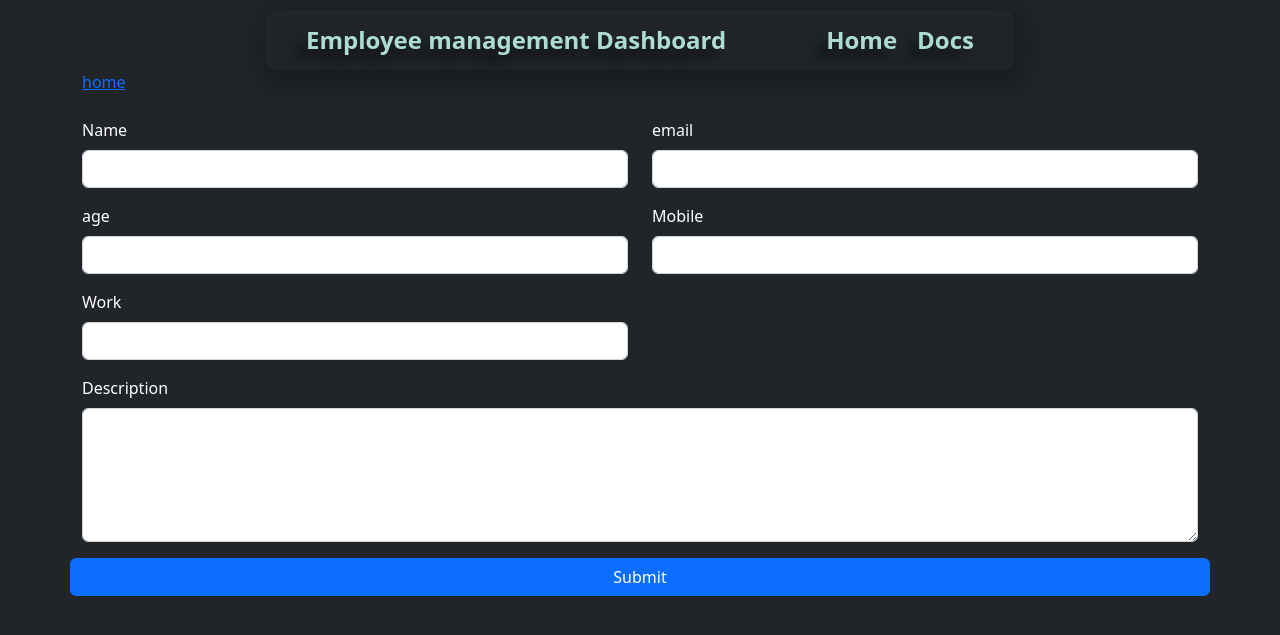
Repository: iamevs/Employee-Management-System
Page: /register (app in client/)
An editor plug-in stored every save of this project. The page is shown before and after the next save, followed by the edit.
The browser window is 1280 px wide. The pictures show the whole page.
The project was rebuilt for these pictures with package versions that can differ from the ones it lists, and the page was loaded fresh each time. Also part of the build but not shown: client/vite.config.js, client/src/components/Home.jsx, client/src/components/Edit.jsx, client/src/components/Hero.jsx. Imported but missing from the stored project, and not drawn on this page: client/src/components/Details.

Above is the page before, as saved 2022-11-29 00:43:00.

After the next save:
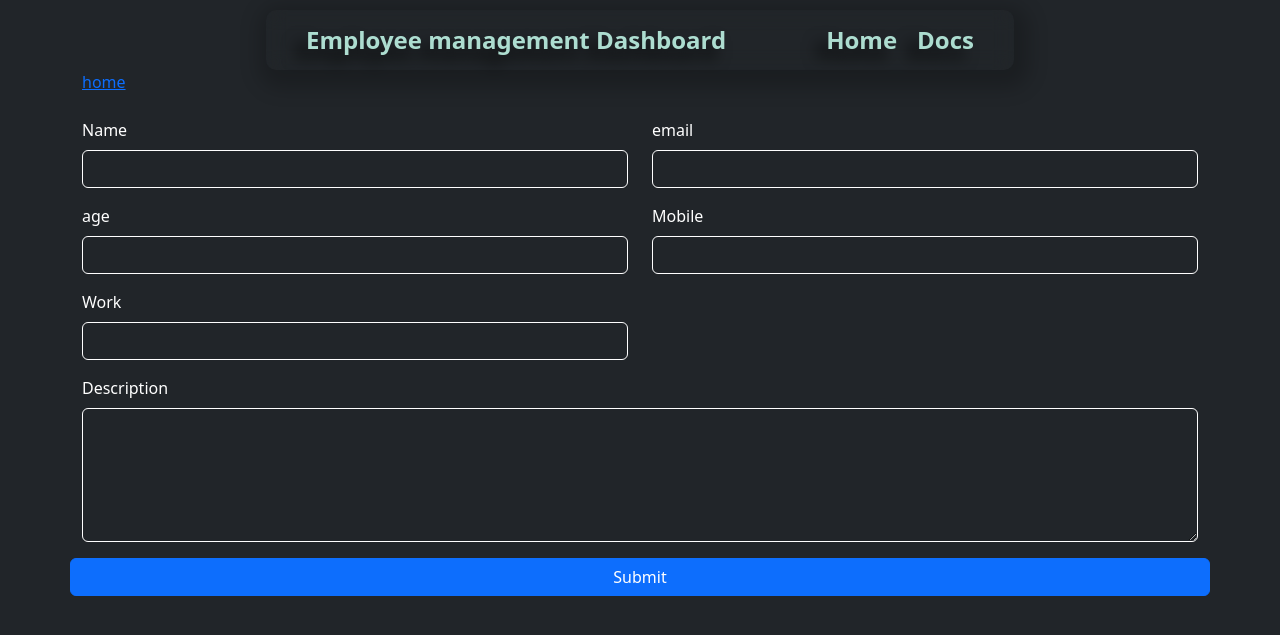
Saved 2 min 6 s later.
--- a/client/src/index.css
+++ b/client/src/index.css
@@ -24,3 +24,9 @@ code {
   backdrop-filter: blur(10px);
   box-shadow: 0px 0px 9px 1px rgb(0 0 0 / 35%);
 }
+
+.form-control{
+  background-color: #212529 !important;
+  color: #fff !important;
+  border: 1px solid #fff !important;
+}
